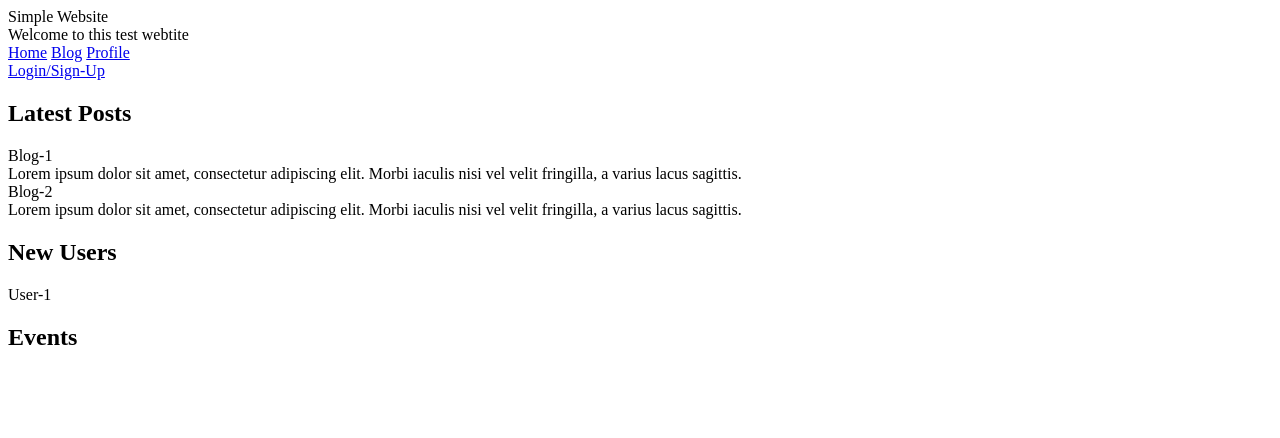
Repository: AbeTavarez/aws_sample_apps
Page: basic_website/index.html
The author's editor kept a record of every edit. The page is drawn from the files as they stood at one moment, then again after the next edit.
The browser window is 1280 px wide. The pictures show the whole page.

Above is the page before.

### basic_website/index.html
<!DOCTYPE html>
<html>
    <head>

    </head>
    <body>
        <header>
            <div>Simple Website</div>
            <div>Welcome to this test webtite</div>
        </header>

        <nav>
            <a href="#home">Home</a>
            <a href="#blog">Blog</a>
            <a href="profile">Profile</a>
            <div href="#log-menu">
                <a href="#login">Login/Sign-Up</a>
            </div>
        </nav>

        <main>
            <!--Latest posts section-->
            <section class="latest-posts">
                <h2>Latest Posts</h2>

                <div class="last-two-posts">

                    <div class="post-card">
                        <div class="post-card-title">Blog-1</div>
                        <div class="post-card-body">
                            Lorem ipsum dolor sit amet, consectetur adipiscing elit.
                            Morbi iaculis nisi vel velit fringilla, a varius lacus sagittis.
                        </div>

                         <div class="post-card">
                        <div class="post-card-title">Blog-2</div>
                        <div class="cpost-ard-body">
                            Lorem ipsum dolor sit amet, consectetur adipiscing elit.
                            Morbi iaculis nisi vel velit fringilla, a varius lacus sagittis.
                        </div>

                    </div>
                </div>
            </section>
            <!--New users section -->
            <section class="new-users">
                <h2>New Users</h2>

                <div class="last-two-users">

                    <div class="users-card">
                        <div class="users-card-title">User-1</div>
                    </div>
                </div>
            </section>

            <section>
                <h2>Events</h2>
            </section>
        </main>


    </body>
</html>

After the next edit:
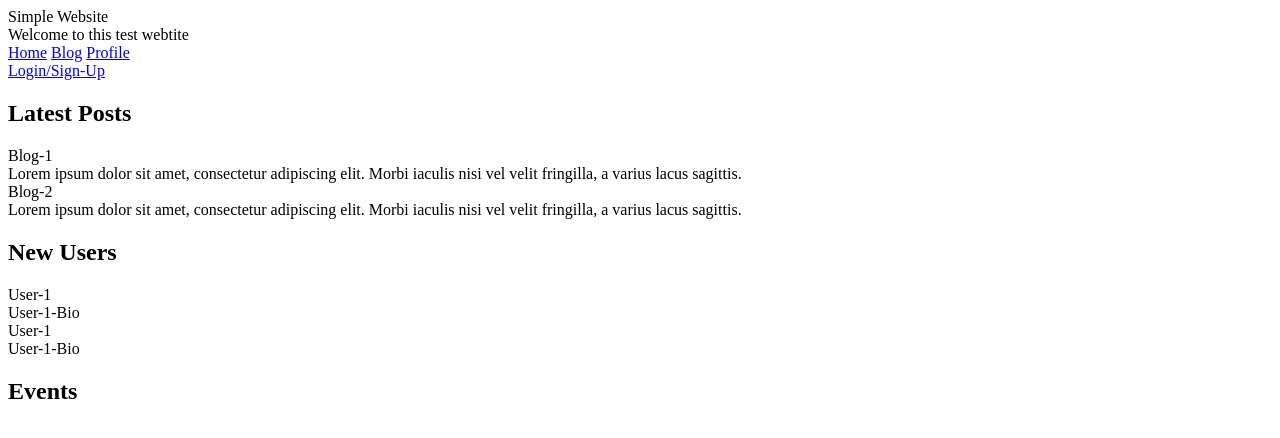
The edit:
--- a/basic_website/index.html
+++ b/basic_website/index.html
@@ -49,7 +49,13 @@
                 <div class="last-two-users">
 
                     <div class="users-card">
-                        <div class="users-card-title">User-1</div>
+                        <div class="users-card-name">User-1</div>
+                        <div class="users-card-bio">User-1-Bio</div>
+                    </div>
+
+                     <div class="users-card">
+                        <div class="users-card-name">User-1</div>
+                        <div class="users-card-bio">User-1-Bio</div>
                     </div>
                 </div>
             </section>
